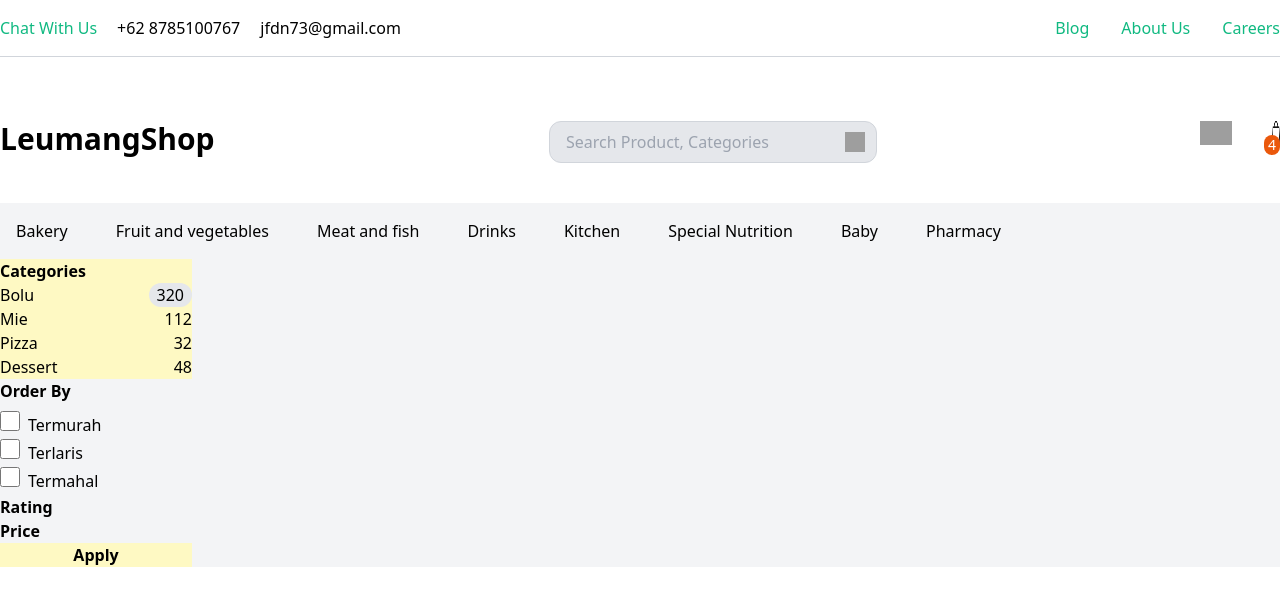
Repository: jafetdn73/ecommerce-tailwind
Page: /
The author's editor kept a copy of each file at every save. The page is drawn from the files as they stood at one save, then again after the next save.
The browser window is 1280 px wide. The pictures show the whole page.
Pictures or frames that could not be fetched are drawn as grey boxes. The project was rebuilt for these pictures with package versions that can differ from the ones it lists, and the page was loaded fresh each time. Also part of the build but not shown: src/App.css.

Above is the page before, as saved 2022-03-13 13:02:16.

### src/App.js
import "./App.css";

function App() {
  return (
    <div className="bg-white container mx-auto">
      <div className="flex justify-between py-4 border-b border-gray-300">
        <div className="flex gap-5">
          <a href="http://google.com" className="text-emerald-500">
            Chat With Us
          </a>
          <a href="http://facebook.com">+62 8785100767</a>
          <a href="http://ggogl.com">jfdn73@gmail.com</a>
        </div>

        <div className="">
          <ul className="flex gap-8 text-emerald-500">
            <li>Blog</li>
            <li>About Us</li>
            <li>Careers</li>
          </ul>
        </div>
      </div>

      <div className="flex justify-between mt-16">
        <h1 className="text-3xl font-bold">LeumangShop</h1>
        <div className="flex w-full justify-center items-center">
          <input
            type="text"
            placeholder="Search Product, Categories"
            className="w-1/3 border border-gray-300 bg-gray-200 rounded-xl pl-4 py-2"
          />
          <img src="/images/search-icon.png" alt="search" className="w-5 h-5 -ml-8"/>
        </div>
        <div className="flex gap-10">
          <img src="/images/user-icon.png" alt="user" className="w-8 h-6"/>
          <div className="relative">
            <img src="/images/cart-icon.png" alt="icon" className="w-8 h-6"/>
            <label className="absolute bottom-2 -left-2 bg-orange-600 text-white py-0.25 px-1 rounded-full text-sm">4</label>
          </div>
        </div>
      </div>

      <div className="bg-gray-100 mt-10 py-4 pl-4 text-base font-medium">
        <ul className="flex gap-12">
          <li>Bakery</li>
          <li>Fruit and vegetables</li>
          <li>Meat and fish</li>
          <li>Drinks</li>
          <li>Kitchen</li>
          <li>Special Nutrition</li>
          <li>Baby</li>
          <li>Pharmacy</li>
        </ul>
        </div>

      <div className="bg-gray-100">
        <div className="flex flex-col w-48 bg-yellow-100" >
          <div className="flex flex-col">
            <h1 className="font-bold text-base">Categories</h1>
            <ul>
              <div className="flex justify-between">
                <li>Bolu</li><label className="bg-gray-200 pl-2 pr-2 rounded-xl">320</label>
              </div>
              <div className="flex justify-between">
                <li>Mie</li><label>112</label>
              </div>
              <div className="flex justify-between">
                <li>Pizza</li><label>32</label>
              </div>
              <div className="flex justify-between">
                <li>Dessert</li><label>48</label>
              </div>
            </ul>
          </div>
          <div className="bg-gray-100 flex flex-col">
            <h1 className="font-bold mb-2">Order By</h1>
           <div >
             <input type="checkbox" className="checked:bg-lime-600 w-5 h-5 mr-2 mb-2">
               </input
               ><label className="orm-check-label">Termurah</label>
          </div>
          <div>
            <input type="checkbox"  className="bg-lime-600 w-5 h-5 mr-2 mb-2"></input><label>Terlaris</label>
          </div>
          <div>
            <input type="checkbox"  className="bg-lime-600 w-5 h-5 mr-2 mb-2"></input><label>Termahal</label>
          </div>

          </div>
          <div className="bg-gray-100">
          <h1 className="font-bold">Rating</h1>
          </div>
          <div className="bg-gray-100">
          <h1 className="font-bold">Price</h1>
          </div>
          <button className="font-bold">Apply</button>
        </div>
        <div className="bg-gray-100">
          <div className="bg-yellow-100">
          </div>
        </div>
      </div>



    </div>
  );
}

export default App;

Loaded but not shown: public/index.html (common file); src/index.js (common file); src/index.css (common file); src/reportWebVitals.js (common file); tailwind.config.js (common file)

After the next save:
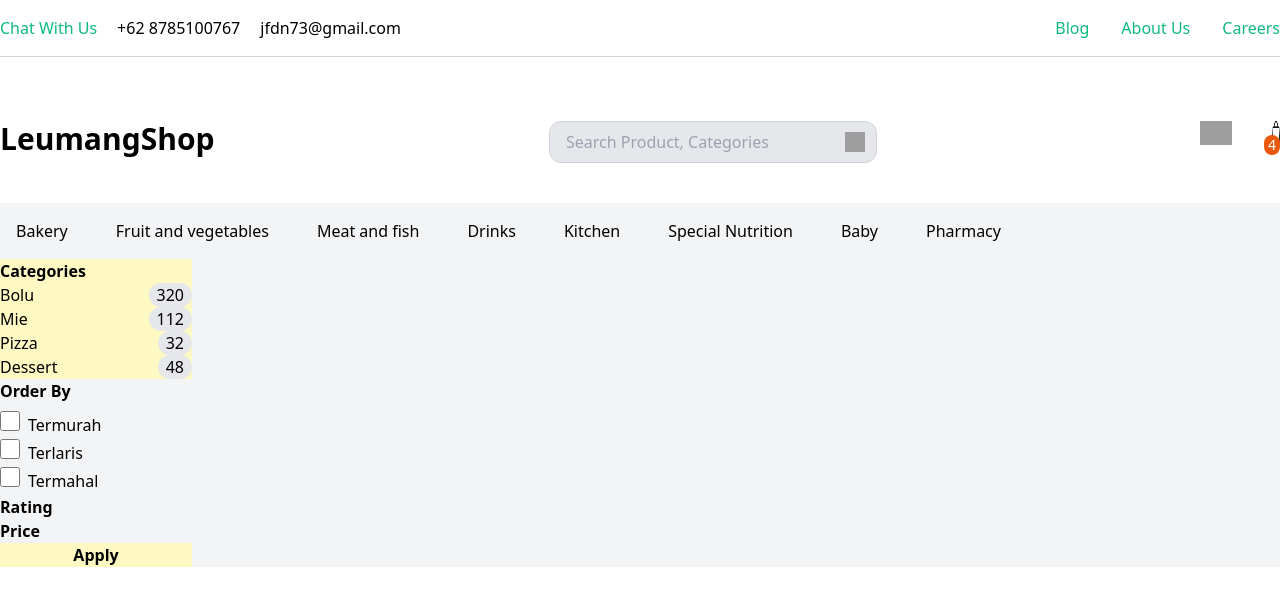
Saved 59 s later.
--- a/src/App.js
+++ b/src/App.js
@@ -62,13 +62,13 @@ function App() {
                 <li>Bolu</li><label className="bg-gray-200 pl-2 pr-2 rounded-xl">320</label>
               </div>
               <div className="flex justify-between">
-                <li>Mie</li><label>112</label>
+                <li>Mie</li><label className="bg-gray-200 pl-2 pr-2 rounded-xl">112</label>
               </div>
               <div className="flex justify-between">
-                <li>Pizza</li><label>32</label>
+                <li>Pizza</li><label className="bg-gray-200 pl-2 pr-2 rounded-xl">32</label>
               </div>
               <div className="flex justify-between">
-                <li>Dessert</li><label>48</label>
+                <li>Dessert</li><label className="bg-gray-200 pl-2 pr-2 rounded-xl">48</label>
               </div>
             </ul>
           </div>
